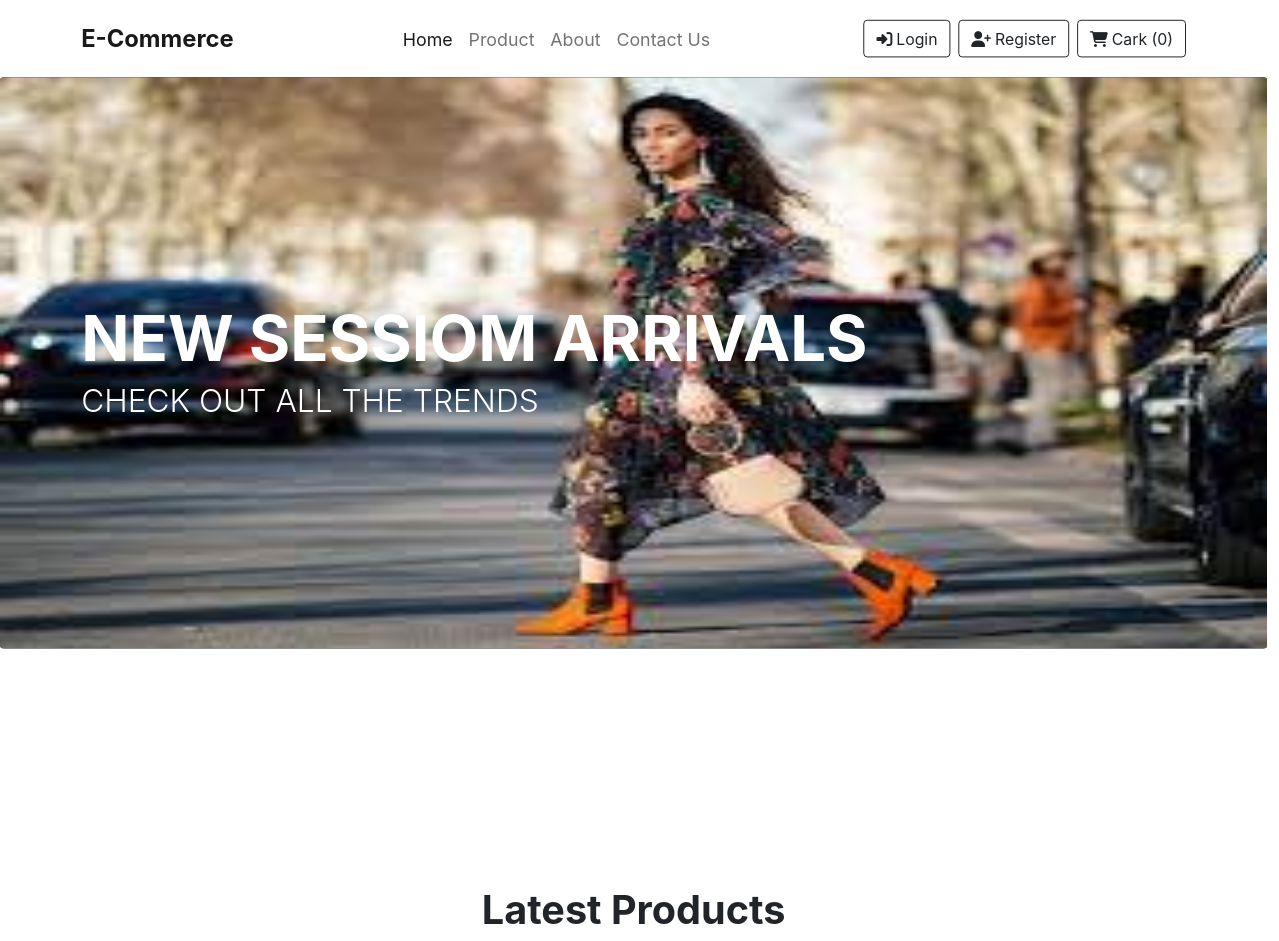
Repository: Sanjayjangra88/online_shop
Page: /products
The author's editor kept a copy of each file at every save. The page is drawn from the files as they stood at one save, then again after the next save.
The browser window is 1280 px wide. The page is 1280 px wide, then 1292 px, so the pictures cover 1292 px, including what lies to the right of the window. The pictures show the whole page, at 99% of full size.
Some web libraries are served in a nearby version. The project was rebuilt for these pictures with package versions that can differ from the ones it lists, and the page was loaded fresh each time.

Above is the page before, as saved 2022-03-29 20:57:35.

### public/index.html
<!DOCTYPE html>
<html lang="en">
  <head>
    <meta charset="utf-8" />
    <link rel="icon" href="%PUBLIC_URL%/favicon.ico" />
    <meta name="viewport" content="width=device-width, initial-scale=1" />
    <meta name="theme-color" content="#000000" />
    <meta
      name="description"
      content="Web site created using create-react-app"
    />
    <link rel="apple-touch-icon" href="%PUBLIC_URL%/logo192.png" />
    <!--
      manifest.json provides metadata used when your web app is installed on a
      user's mobile device or desktop. See https://developers.google.com/web/fundamentals/web-app-manifest/
    -->
    <link rel="manifest" href="%PUBLIC_URL%/manifest.json" />
    <link href="https://cdn.jsdelivr.net/npm/bootstrap@5.0.2/dist/css/bootstrap.min.css" rel="stylesheet" integrity="sha384-EVSTQN3/azprG1Anm3QDgpJLIm9Nao0Yz1ztcQTwFspd3yD65VohhpuuCOmLASjC" crossorigin="anonymous">

    <!--
      Notice the use of %PUBLIC_URL% in the tags above.
      It will be replaced with the URL of the `public` folder during the build.
      Only files inside the `public` folder can be referenced from the HTML.

      Unlike "/favicon.ico" or "favicon.ico", "%PUBLIC_URL%/favicon.ico" will
      work correctly both with client-side routing and a non-root public URL.
      Learn how to configure a non-root public URL by running `npm run build`.
    -->
    <title>iNoteBook</title>
  </head>
  <body>
    <noscript>You need to enable JavaScript to run this app.</noscript>
    <div id="root"></div>
    <script src="https://kit.fontawesome.com/9e06ebf41f.js" crossorigin="anonymous"></script>
    <!--
      This HTML file is a template.
      If you open it directly in the browser, you will see an empty page.

      You can add webfonts, meta tags, or analytics to this file.
      The build step will place the bundled scripts into the <body> tag.

      To begin the development, run `npm start` or `yarn start`.
      To create a production bundle, use `npm run build` or `yarn build`.
    -->
    <script src="https://cdn.jsdelivr.net/npm/bootstrap@5.0.2/dist/js/bootstrap.bundle.min.js" integrity="sha384-MrcW6ZMFYlzcLA8Nl+NtUVF0sA7MsXsP1UyJoMp4YLEuNSfAP+JcXn/tWtIaxVXM" crossorigin="anonymous"></script>

  </body>
</html>

### src/index.js
import React from 'react';
import ReactDOM from 'react-dom';
import './index.css';
import App from './App';
import reportWebVitals from './reportWebVitals';
// import { Provider } from 'react-redux';
// import { store } from './State/store';

// ReactDOM.render(
//   <React.StrictMode>
//     {/* <Provider store={store}> */}
//     <App />
//     {/* </Provider> */}
//   </React.StrictMode>,
//   document.getElementById('root')
// );


ReactDOM.render(
  <React.StrictMode>
    <App />
  </React.StrictMode>,
  document.getElementById("root")
);


// If you want to start measuring performance in your app, pass a function
// to log results (for example: reportWebVitals(console.log))
// or send to an analytics endpoint. Learn more: https://bit.ly/CRA-vitals
reportWebVitals();

### src/App.js

import './App.css';
import Home from './components2/Home';
import Navbar from './components2/Navbar';



function App() {
  return (
    <>
  <Navbar/>
  <Home/>
    </>
  );
}

export default App;

### src/App.css
/* navbar */
.navbar-nav a{
    font-size: 18px;
}

### src/components2/Home.jsx
import React from "react";
import Products from "./Products";

function Home() {
  return (
    <div className="hero">
      <div className="card bg-dark text-white border-0">
        <img src="\assest\1.jpg" className="card-img" alt="Background"height="577px" />
        <div className="card-img-overlay d-flex flex-column justify-content-center">
            <div className="container">


          <h5 className="card-title display-3 fw-bolder mb-0">NEW SESSIOM ARRIVALS</h5>
          <p className="card-text lead fs-2">
          CHECK OUT ALL THE TRENDS
          </p>
          </div>
        </div>
      </div>
      <Products/>
    </div>
  );
}

export default Home;

### src/components2/Navbar.js
import React from 'react'

function Navbar() {
    return (
        <div>
            <nav className="navbar navbar-expand-lg navbar-light bg-white py-3 shadow-sm">
                <div className="container">
                    <a className="navbar-brand fw-bold fs-4" href="#">E-Commerce</a>
                    <button className="navbar-toggler" type="button" data-bs-toggle="collapse" data-bs-target="#navbarSupportedContent" aria-controls="navbarSupportedContent" aria-expanded="false" aria-label="Toggle navigation">
                        <span className="navbar-toggler-icon"></span>
                    </button>
                    <div className="collapse navbar-collapse" id="navbarSupportedContent">
                        <ul className="navbar-nav mx-auto mb-2 mb-lg-0">
                            <li className="nav-item">
                                <a className="nav-link active" aria-current="page" href="#">Home</a>
                            </li>
                            <li className="nav-item">
                                <a className="nav-link" href="#">Product</a>
                            </li>
                            <li className="nav-item">
                                <a className="nav-link" href="#">About</a>
                            </li>
                            <li className="nav-item">
                                <a className="nav-link" href="#">Contact Us</a>
                            </li>

                        </ul>


                       <div className="buttons">
                      <a href="" className="btn btn-outline-dark">
                          <li className="fa fa-sign-in me-1"></li>Login</a>
                          <a href="" className="btn btn-outline-dark ms-2">
                          <li className="fa fa-user-plus me-1"></li>Register</a>
                          <a href="" className="btn btn-outline-dark ms-2">
                          <li className="fa fa-shopping-cart me-1"></li>Cark (0)</a>
                    </div>
                    </div>
                </div>
            </nav>
        </div>
    )
}

export default Navbar

### src/components2/Products.jsx
import React,{useState,useEffect} from 'react'

function Products() {
    const [data, setData] = useState([]);
    const [filter, setFilter] = useState(data);
    const [loading, setLoading] = useState(false)
    let componentMounted = true;
    useEffect(() => {
      const getProducts = async ()=>{


      getProducts();
      setLoading(true);
      const response = await fetch("https://fakestoreapi.com/products");
      if(componentMounted){
          setData(await response.clone().json());
          setFilter(await response.json());
          setLoading(false);
          console.log(filter);
      }
      return()=>{
          componentMounted = false;
      }
    }
    }, []);

  return (
    <div>
      <div className="container my-5 py-5"></div>
      <div className="row"></div>
      <div className="col-12 mb-5"></div>
      <h1 className='display-6 fw-bolder text-center'>Latest Products</h1>
    </div>
  )
}

export default Products

Loaded but not shown: src/index.css (common file); src/reportWebVitals.js (common file)

After the next save:
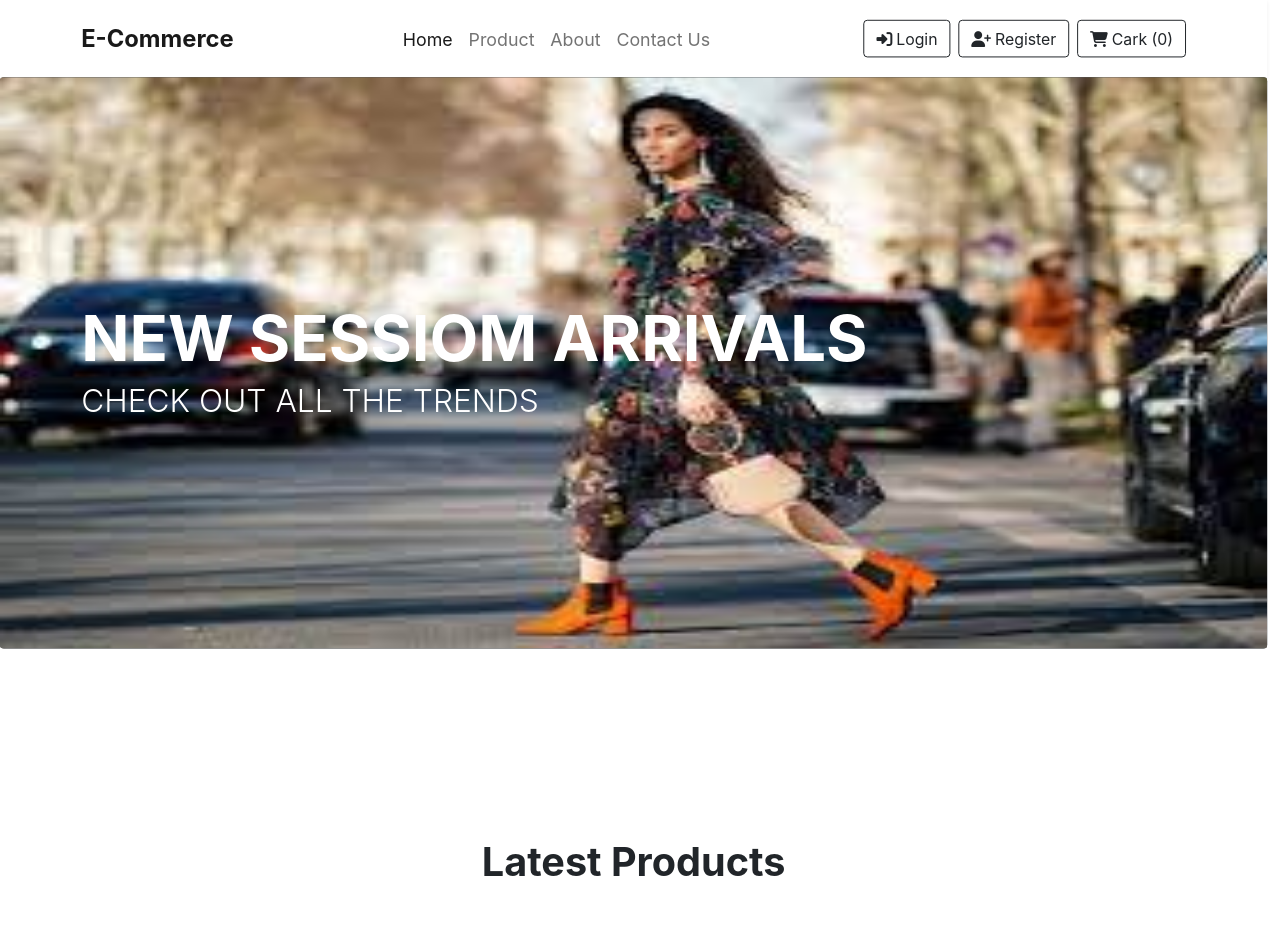
Saved 2 min 9 s later.
--- a/src/components2/Products.jsx
+++ b/src/components2/Products.jsx
@@ -27,9 +27,11 @@
   return (
     <div>
       <div className="container my-5 py-5"></div>
-      <div className="row"></div>
-      <div className="col-12 mb-5"></div>
+      <div className="row">
+     <div className="col-12 mb-5">
       <h1 className='display-6 fw-bolder text-center'>Latest Products</h1>
+    </div>
+    </div>
     </div>
   )
 }
